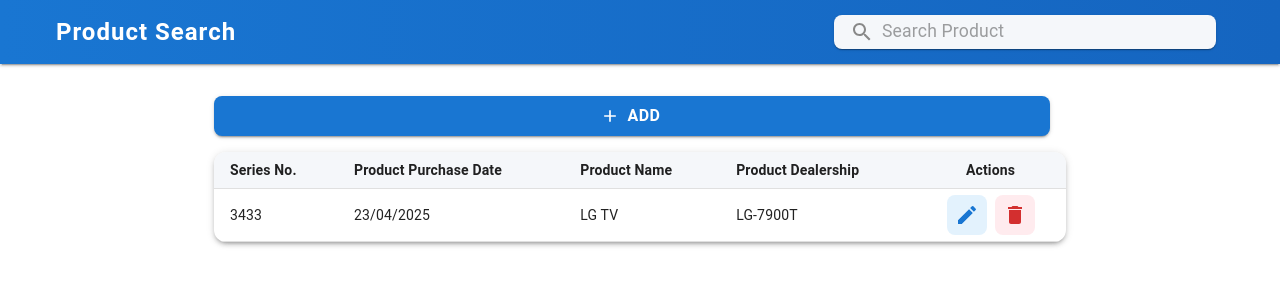
Repository: Sharathguru/Product_Task
Page: / (app in Frontend/)
An editor plug-in stored every save of this project. The page is shown before and after a run of saves, followed by the edit.
The browser window is 1280 px wide. The pictures show the whole page.
The project was rebuilt for these pictures with package versions that can differ from the ones it lists, and the page was loaded fresh each time. Requests to the local data server were answered from the project's data file. Also part of the build but not shown: Frontend/vite.config.js, Frontend/src/index.css, Frontend/src/Pages/product.js, Frontend/src/Pages/Insert.jsx, Frontend/src/Pages/Update.jsx, Frontend/src/Pages/Delete.jsx.

Above is the page before, as saved 2025-06-13 16:31:28.

After the next 4 saves:
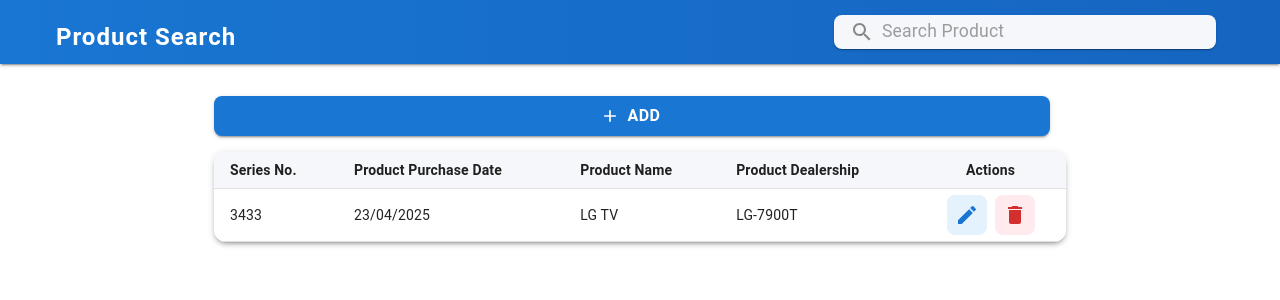
The 4 saves are shown as one change because they came seconds apart.
The last was saved 13 s later.
--- a/Frontend/src/Components/Navbar.jsx
+++ b/Frontend/src/Components/Navbar.jsx
@@ -39,6 +39,7 @@ const Navbar = ({ search, setSearch }) => {
               alignItems: "center",
               position: "relative",
               right:"8px",
+              top:"5px",
               justifyContent: isMobile ? "center" : "flex-start",
               width: isMobile ? "100%" : "auto",
               mb: isMobile ? 1 : 0,
